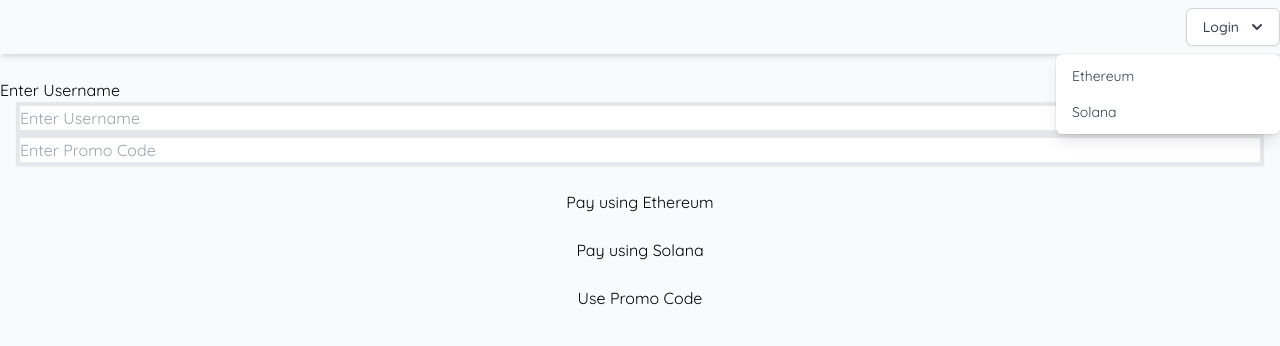
Repository: 22shivam/Polychain
Page: / (app in frontend/)
These files come from the project's save history. The page is drawn as it stood at one moment and after the next save; the edit follows.
The browser window is 1280 px wide. The pictures show the whole page.
The page's requests for data from a server got no answer. The project was rebuilt for these pictures with package versions that can differ from the ones it lists, and the page was loaded fresh each time. The framework's server and built-in components were replaced by stand-ins that run in the browser. No one was signed in, and anything a server would have sent is missing. Also part of the build but not shown: frontend/next.config.js.

Above is the page before, as saved 2022-01-01 11:58:22.

After the next save:
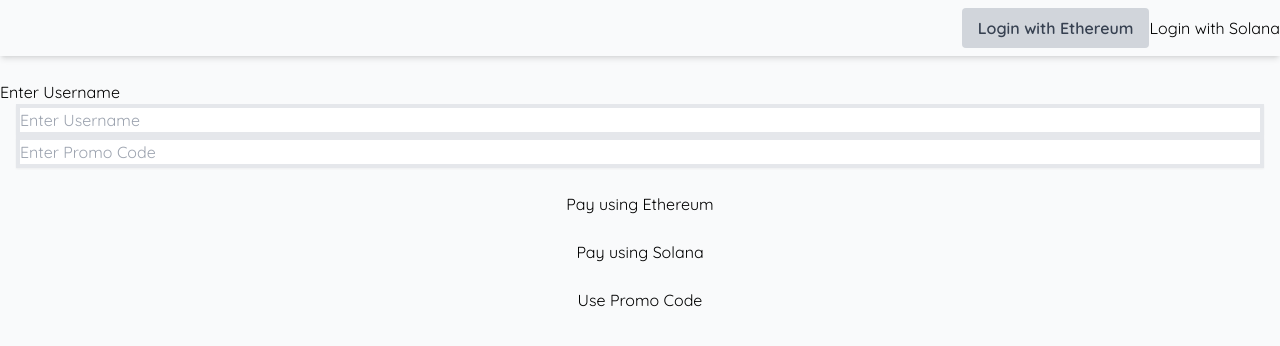
Saved 2 min 26 s later.
--- a/frontend/pages/index.js
+++ b/frontend/pages/index.js
@@ -225,24 +225,8 @@ export default function App() {
                         </div>
                         : (
                             <div>
-                                <div class="relative inline-block text-left">
-                                    <div>
-                                        <button type="button" class="inline-flex justify-center w-full rounded-md border border-gray-300 shadow-sm px-4 py-2 bg-white text-sm font-medium text-gray-700 hover:bg-gray-50 focus:outline-none focus:ring-2 focus:ring-offset-2 focus:ring-offset-gray-100 focus:ring-indigo-500" id="menu-button" aria-expanded="true" aria-haspopup="true">
-                                            Login
-                                            <svg class="-mr-1 ml-2 h-5 w-5" xmlns="http://www.w3.org/2000/svg" viewBox="0 0 20 20" fill="currentColor" aria-hidden="true">
-                                                <path fill-rule="evenodd" d="M5.293 7.293a1 1 0 011.414 0L10 10.586l3.293-3.293a1 1 0 111.414 1.414l-4 4a1 1 0 01-1.414 0l-4-4a1 1 0 010-1.414z" clip-rule="evenodd" />
-                                            </svg>
-                                        </button>
-                                    </div>
-                                    <div class="origin-top-right absolute right-0 mt-2 w-56 rounded-md shadow-lg bg-white ring-1 ring-black ring-opacity-5 focus:outline-none" role="menu" aria-orientation="vertical" aria-labelledby="menu-button" tabindex="-1">
-                                        <div class="py-1" role="none">
-                                            <button class="text-gray-700 block px-4 py-2 text-sm" onClick={ethLogin} role="menuitem" tabindex="-1" id="menu-item-0">Ethereum</button>
-                                            <button class="text-gray-700 block px-4 py-2 text-sm" onClick={solLogin} role="menuitem" tabindex="-1" id="menu-item-1">Solana</button>
-                                        </div>
-                                    </div>
-                                </div>
-                                {/* <button className="bg-gray-300 text-gray-700 font-semibold py-2 px-4 rounded inline-flex items-center" onClick={ethLogin}>Login with Ethereum</button>
-                                <button onClick={solLogin}>Login with Solana</button> */}
+                                <button className="bg-gray-300 text-gray-700 font-semibold py-2 px-4 rounded inline-flex items-center" onClick={ethLogin}>Login with Ethereum</button>
+                                <button onClick={solLogin}>Login with Solana</button>
                             </div>
                         )}
 
